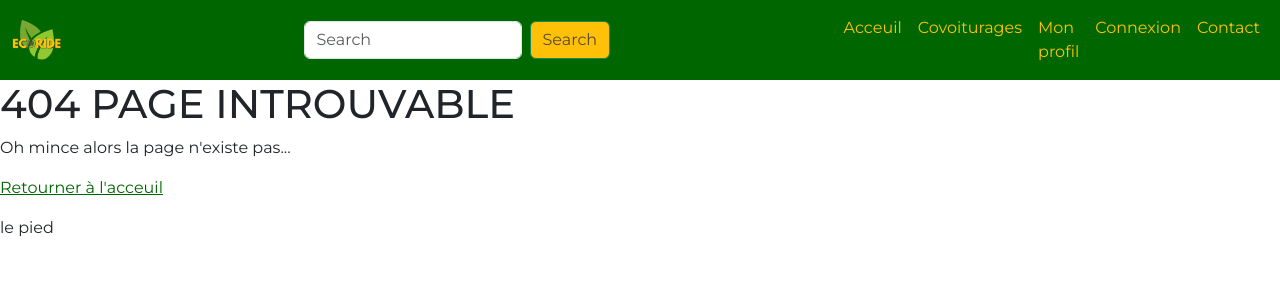
Repository: lemonhao9/ECF
Page: index.html
The author's editor kept a copy of each file at every save. The page is drawn from the files as they stood at one save, then again after the next save.
The browser window is 1280 px wide. The pictures show the whole page.
Some web fonts or font styles are not loaded; a fallback is used. The style sheet was rebuilt from its Sass, Less or Tailwind sources for each picture, by a compiler version that may differ from the author's.

Above is the page before, as saved 2025-02-11 14:23:42.

### index.html
<!DOCTYPE html>
<html lang="fr">
<head>
    <meta charset="UTF-8">
    <meta name="viewport" content="width=device-width, initial-scale=1.0">
    <link rel="preconnect" href="https://fonts.googleapis.com">
    <link rel="preconnect" href="https://fonts.gstatic.com" crossorigin>
    <link href="https://fonts.googleapis.com/css2?family=Hind+Madurai:wght@300;400;500;600;700&family=Montserrat:ital,wght@0,100..900;1,100..900&display=swap" rel="stylesheet">
    <link rel="stylesheet" href="/scss/main.css"/>
    <title>EcoRide</title>
</head>
<body>

    <header>
<nav class="navbar navbar-expand-lg bg-primary" data-bs-theme="light">
  <div class="container-fluid">
    <a class="navbar-brand" href="/"><img src="/images/EcoRideLOGO.png" class="img-fluid" alt="logo EcoRide" width="50px"height="50px"></a>
    <button class="navbar-toggler" type="button" data-bs-toggle="collapse" data-bs-target="#navbarSupportedContent" aria-controls="navbarSupportedContent" aria-expanded="false" aria-label="Toggle navigation">
      <span class="navbar-toggler-icon"></span>
    </button>
    <div class="collapse navbar-collapse" id="navbarSupportedContent">
        <div class="d-flex justify-content-center w-100">
            <form class="d-flex" role="search">
              <input class="form-control me-2" type="search" placeholder="Search" aria-label="Search">
              <button class="btn btn-outline-success bg-secondary text-black" type="submit">Search</button>
            </form>
          </div>
      <ul class="navbar-nav ms-auto mb-2 mb-lg-0">
        <li class="nav-item">
          <a class="nav-link text-secondary" href="/">Acceuil</a>
        </li>
        <li class="nav-item">
          <a class="nav-link text-secondary" href="/formCovoit">Covoiturages</a>
        </li>
        <li class="nav-item">
          <a class="nav-link text-secondary" href="/profile">Mon profil</a>
        </li>
        <li class="nav-item">
            <a class="nav-link text-secondary" href="#">Connexion</a>
          </li>
          <li class="nav-item">
            <a class="nav-link text-secondary" href="">Contact</a>
          </li>
      </ul>

    </div>
  </div>
</nav>
    </header>

    <main id="main-page">
        <!-- Injection du contenu des différentes pages-->
    </main>
    <footer>
        le pied
    </footer>

    <script type="module" src="./Router/router.js"></script>
    <script src="node_modules/bootstrap/dist/js/bootstrap.bundle.min.js"></script>

</body>
</html>

### Router/router.js
import Route from "./Route.js";
import { allRoutes, websiteName } from "./allRoutes.js";

// Création d'une route pour la page 404 (page introuvable)
const route404 = new Route("404", "Page introuvable", "/pages/404.html");

// Fonction pour récupérer la route correspondant à une URL donnée
const getRouteByUrl = (url) => {
  let currentRoute = null;
  // Parcours de toutes les routes pour trouver la correspondance
  allRoutes.forEach((element) => {
    if (element.url == url) {
      currentRoute = element;
    }
  });
  // Si aucune correspondance n'est trouvée, on retourne la route 404
  if (currentRoute != null) {
    return currentRoute;
  } else {
    return route404;
  }
};

// Fonction pour charger le contenu de la page
const LoadContentPage = async () => {
  const path = window.location.pathname;
  // Récupération de l'URL actuelle
  const actualRoute = getRouteByUrl(path);
  // Récupération du contenu HTML de la route
  const html = await fetch(actualRoute.pathHtml).then((data) => data.text());
  // Ajout du contenu HTML à l'élément avec l'ID "main-page"
  document.getElementById("main-page").innerHTML = html;

  // Ajout du contenu JavaScript
  if (actualRoute.pathJS != "") {
    // Création d'une balise script
    var scriptTag = document.createElement("script");
    scriptTag.setAttribute("type", "text/javascript");
    scriptTag.setAttribute("src", actualRoute.pathJS);

    // Ajout de la balise script au corps du document
    document.querySelector("body").appendChild(scriptTag);
  }

  // Changement du titre de la page
  document.title = actualRoute.title + " - " + websiteName;
};

// Fonction pour gérer les événements de routage (clic sur les liens)
const routeEvent = (event) => {
  event = event || window.event;
  event.preventDefault();
  // Mise à jour de l'URL dans l'historique du navigateur
  window.history.pushState({}, "", event.target.href);
  // Chargement du contenu de la nouvelle page
  LoadContentPage();
};

// Gestion de l'événement de retour en arrière dans l'historique du navigateur
window.onpopstate = LoadContentPage;
// Assignation de la fonction routeEvent à la propriété route de la fenêtre
window.route = routeEvent;
// Chargement du contenu de la page au chargement initial
LoadContentPage();

### Router/allRoutes.js
import Route from "./Route.js";

//Définir ici vos routes
export const allRoutes = [
    new Route("/", "Accueil", "./pages/home.html"),
    new Route("/profile", "Profil", "./pages/profile.html"),
    new Route("/login", "Connexion", "./pages/auth/login.html"),
    new Route("/signin", "Inscription", "./pages/auth/signin.html"),
    new Route("/formCovoit", "Covoiturages", "./pages/formCovoit.html"),
    new Route("/vueCovoit", "Se déplacer", "./pages/vueCovoit.html")
];

//Le titre s'affiche comme ceci : Route.titre - websitename
export const websiteName = "EcoRide";

### pages/404.html
<div>
    <h1>404 PAGE INTROUVABLE</h1>
    <p>Oh mince alors la page n'existe pas...</p>
    <p><a href="/">Retourner à l'acceuil</a></p>
</div>

### scss/main.scss
@import 'custom'

### scss/_custom.scss
// Include any default variable overrides here (though functions won't be available)

$primary: #006600;
$secondary: #FFC107;
$dark:#392C1E;
$black:  #584832;
$font-family-sans-serif: "Montserrat", sans-serif !default;
$font-family-serif: "Hind Madurai", serif !default;

@import "../node_modules/bootstrap/scss/bootstrap";

//Suite du code ici

.navbar-toggler-icon {
    background-image: url("data:[embedded picture, 225 characters]");
  }
.navbar-toggler{
  border:none; //2px solid #FFC107;
}
.navbar-toggler:focus{
  box-shadow: none;
}

Loaded but not shown: node_modules/bootstrap/dist/js/bootstrap.bundle.min.js (library); Router/Route.js (common file)

After the next save:
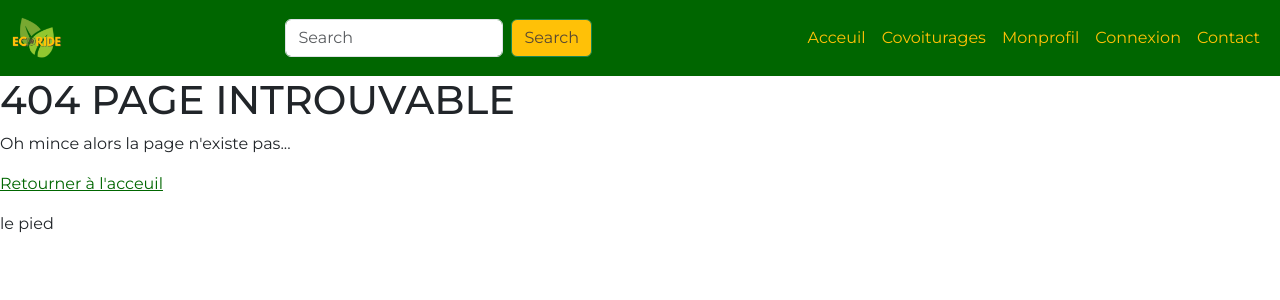
Saved 25 s later.
--- a/index.html
+++ b/index.html
@@ -33,7 +33,7 @@
           <a class="nav-link text-secondary" href="/formCovoit">Covoiturages</a>
         </li>
         <li class="nav-item">
-          <a class="nav-link text-secondary" href="/profile">Mon profil</a>
+          <a class="nav-link text-secondary" href="/profile">Monprofil</a>
         </li>
         <li class="nav-item">
             <a class="nav-link text-secondary" href="#">Connexion</a>

After the save that followed:
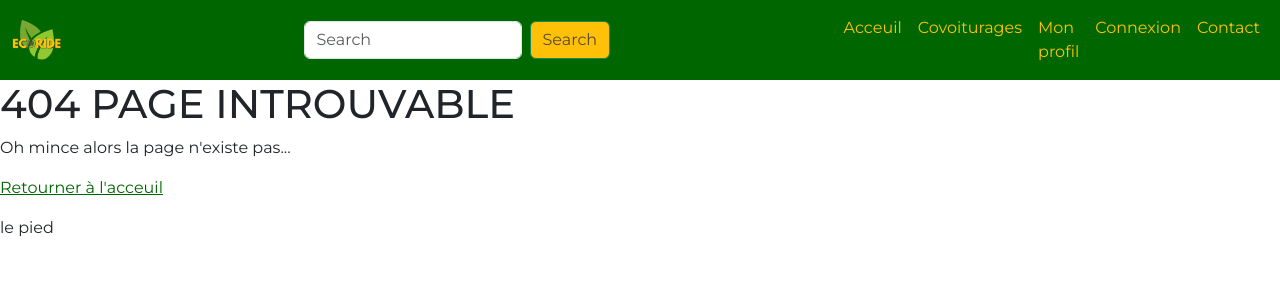
Saved 11 s later.
--- a/index.html
+++ b/index.html
@@ -33,7 +33,7 @@
           <a class="nav-link text-secondary" href="/formCovoit">Covoiturages</a>
         </li>
         <li class="nav-item">
-          <a class="nav-link text-secondary" href="/profile">Monprofil</a>
+          <a class="nav-link text-secondary" href="/profile">Mon profil</a>
         </li>
         <li class="nav-item">
             <a class="nav-link text-secondary" href="#">Connexion</a>
